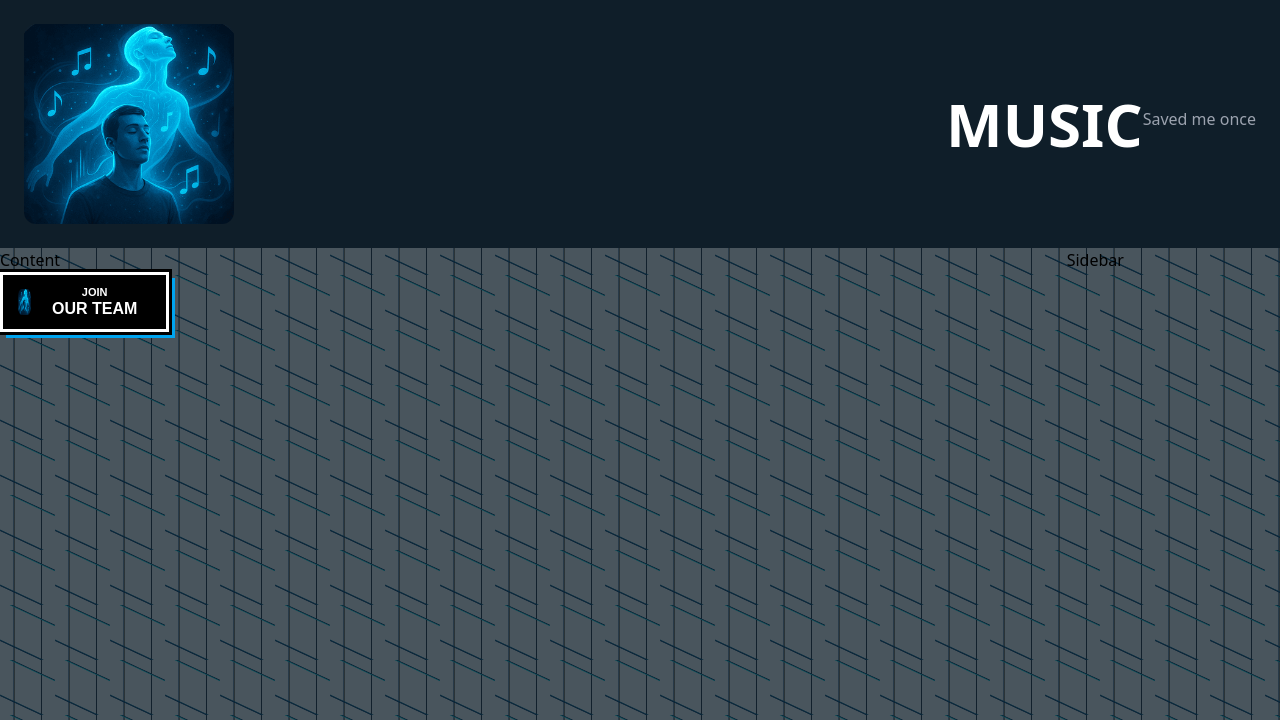
Repository: ItsMe-Pal/something
Page: index.html
An editor plug-in stored every save of this project. The page is shown before and after the next save, followed by the edit.
The browser window is 1280 px wide. The pictures show the whole page.
The style sheet was rebuilt from its Sass, Less or Tailwind sources for each picture, by a compiler version that may differ from the author's.

Above is the page before, as saved 2025-06-22 19:00:55.

### index.html
<!DOCTYPE html>
<html lang="en">
<head>
    <meta charset="UTF-8">
    <meta name="viewport" content="width=device-width, initial-scale=1.0">
    <title></title>

    <link rel="stylesheet" href="/manifest.json">

    <script src="https://cdn.jsdelivr.net/npm/@tailwindcss/browser@4"></script>
    <script src="https://code.jquery.com/jquery-3.7.1.js" integrity="sha256-eKhayi8LEQwp4NKxN+CfCh+3qOVUtJn3QNZ0TciWLP4=" crossorigin="anonymous"></script>

    <link rel="stylesheet" href="/styles/main.css">
</head>
<body>
    <div id="bg">

    <div class="relative flex gap-[2%] flex-wrap content-start">
        <div class="w-full h-[5%]">


                <header style="background-color: #0f1e29;">
                    <nav class="mx-auto flex max-w-7xl items-center justify-center gap-5 p-6 lg:px-8" aria-label="Global">
                      <div class="flex lg:flex-1">

                          <img class="h-50 w-auto rounded-xl" src="/imgs/icons/icon-512x512.png" alt="" />
                      </div>


                      <div class=" lg:flex lg:flex-1 lg:justify-end">
                        <span class="word1">MUSIC</span>
                        <p class="word2">Saved me once</p>
                       </div>
                    </nav>

                  </header>
        </div>
        <div class="grow h-3/4">Content</div>
        <div class="w-1/6 h-3/4">Sidebar</div>
        <div class="w-full h-[5%]">
            <button class="brutalist-button">
                <div class="-logo">
                    <img class="-logo-icon" src="/imgs/icons/icon-512x512.png" alt="">
                </div>
                <div class="button-text">
                    <a href="http://">
                        <span>Join</span>
                        <span>Our team</span>
                    </a>
                </div>
              </button>

        </div>
      </div>

    </div>
    <script src="/src/main.js"></script>




</body>
</html>

### styles/main.scss
@use "./customs.scss";


#bg {
    position: relative;
    width: 100%;
    height: 100vh;
    --color: #001f3fe8;
    background-color: #0f1e2980;
    background-image: linear-gradient(205deg, transparent 24%, var(--color) 25%, #0e7e87 26%, transparent 27%, transparent 74%, rgba(0, 58, 86, 0.9098039216) 75%, var(--color) 76%, transparent 77%, transparent), linear-gradient(90deg, transparent 24%, var(--color) 25%, rgba(27, 26, 17, 0.9098039216) 26%, transparent 27%, transparent 74%, rgba(19, 18, 19, 0.9098039216) 75%, var(--color) 76%, transparent 77%, transparent);
    background-size: 55px 55px;
  }
#bg:before {
    content: "";
    position: absolute;
    left: 0;
    top: 0;
    width: 100%;
    background-color: #0f1e2980;
    height: 100%;
}
  .word1 {
    font-size: 3.75rem;
    line-height: 1;
    font-weight: 700;
    color: #fff
  }
  .word2 {
    margin-top: 0.75rem;
    margin-bottom: 0.75rem;
    line-height: 1.625;
    color: rgba(156, 163, 175, 1);
  }


  /* From Uiverse.io by 0xnihilism */
.brutalist-button {
    display: flex;
    align-items: center;
    cursor: pointer;
    width: 169px;
    height: 60px;
    background-color: #000;
    color: #fff;
    text-decoration: none;
    font-family: Arial, sans-serif;
    font-weight: bold;
    border: 3px solid #fff;
    outline: 3px solid #000;
    box-shadow: 6px 6px 0 #00a4ef;
    transition: all 0.1s ease-out;
    padding: 0 15px;
    box-sizing: border-box;
    position: relative;
    overflow: hidden;
  }

  .brutalist-button::before {
    content: "";
    position: absolute;
    top: 0;
    left: -100%;
    width: 100%;
    height: 100%;
    background: linear-gradient(
      90deg,
      transparent,
      rgba(255, 255, 255, 0.8),
      transparent
    );
    z-index: 1;
    transition: none;
    /* Initially hide the pseudo-element */
    opacity: 0;
  }

  @keyframes slide {
    0% {
      left: -100%;
    }
    100% {
      left: 100%;
    }
  }

  .brutalist-button:hover::before {
    /* Show the pseudo-element on hover */
    opacity: 1;
    animation: slide 2s infinite;
  }

  .brutalist-button:hover {
    transform: translate(-4px, -4px);
    box-shadow: 10px 10px 0 #000;
    background-color: #000;
    color: #fff;
  }

  @keyframes slide {
    0% {
      left: -100%;
    }
    100% {
      left: 100%;
    }
  }

  .brutalist-button:active {
    transform: translate(4px, 4px);
    box-shadow: 0px 0px 0 #00a4ef;
    background-color: #fff;
    color: #000;
    border-color: #000;
  }

  /* Rest of the CSS remains the same */

  .-logo {
    display: grid;
    grid-template-columns: repeat(2, 1fr);
    gap: 1px;
    width: 26px;
    height: 26px;
    margin-right: 8px;
    flex-shrink: 0;
    transition: transform 0.2s ease-out;
    position: relative;
    z-index: 1;
  }

  .brutalist-button:hover .-logo {
    transform: rotate(-10deg) scale(1.1);
  }

  .brutalist-button:active .-logo {
    transform: rotate(10deg) scale(0.9);
  }

  .-logo-icon {
    border-radius: 30%;
    width: 100%;
    height: 100%;
  }


  .button-text {
    display: flex;
    flex-direction: column;
    line-height: 1.2;
    transition: transform 0.2s ease-out;
    position: relative;
    z-index: 1;
  }

  .brutalist-button:hover .button-text {
    transform: skew(-5deg);
  }

  .brutalist-button:active .button-text {
    transform: skew(5deg);
  }

  .button-text span:first-child {
    font-size: 11px;
    text-transform: uppercase;
    display: block;
  }

  .button-text span:last-child {
    font-size: 16px;
    text-transform: uppercase;
  }

Loaded but not shown: manifest.json (58 lines, source omitted); src/main.js (6 lines, source omitted); styles/customs.scss (846 lines, source omitted)

After the next save:
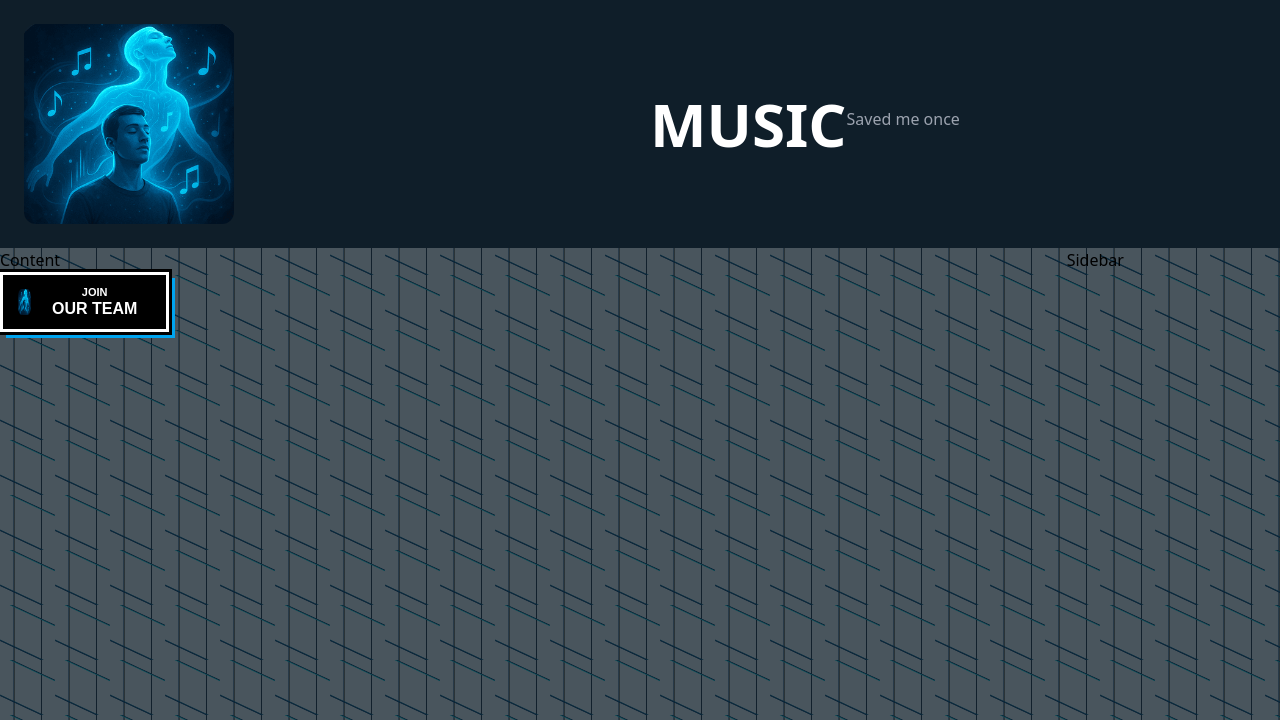
Saved 35 s later.
--- a/index.html
+++ b/index.html
@@ -27,7 +27,7 @@
                       </div>
 
 
-                      <div class=" lg:flex lg:flex-1 lg:justify-end">
+                      <div class=" lg:flex lg:flex-1 ">
                         <span class="word1">MUSIC</span>
                         <p class="word2">Saved me once</p>
                        </div>
